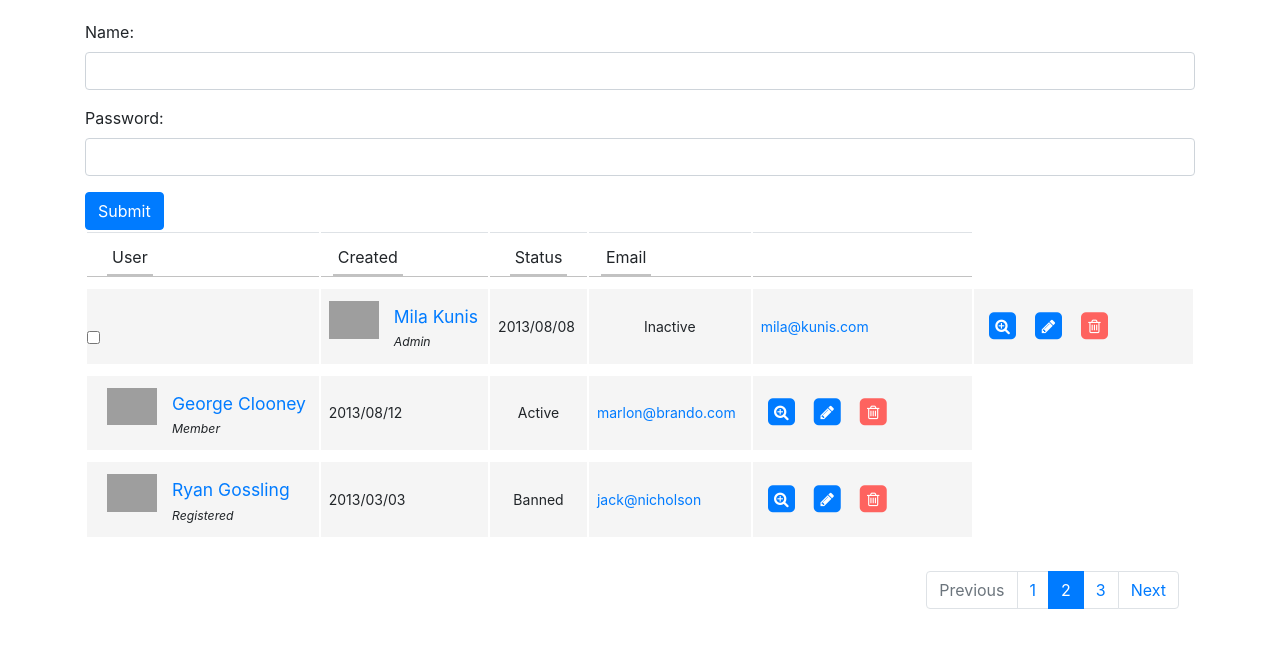
Repository: tienhoang123/Demo
Page: http://localhost/User/WEB-INF/views/home.jsp
The author's editor kept a copy of each file at every save. The page is drawn from the files as they stood at one save, then again after the next save.
The browser window is 1280 px wide. The pictures show the whole page.
Pictures or frames that could not be fetched are drawn as grey boxes. Some web libraries are served in a nearby version. The page is served by Tomcat 9. Nobody is signed in. The template is opened directly, without the code that normally fills it, so the values that code supplies are empty.

Above is the page before, as saved 2019-10-14 06:44:24.
Console error: TypeError: Cannot read properties of undefined (reading 'fn')

After the next save:
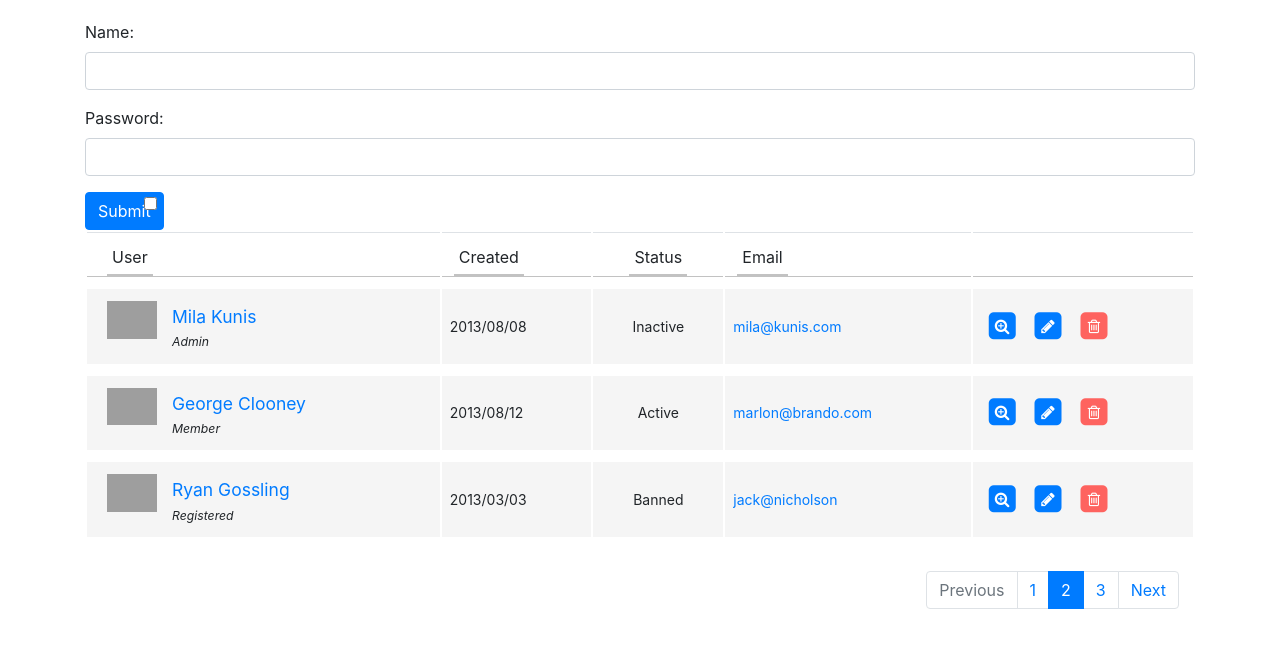
Saved 34 s later.
--- a/DemoCrud/User/src/main/webapp/WEB-INF/views/home.jsp
+++ b/DemoCrud/User/src/main/webapp/WEB-INF/views/home.jsp
@@ -45,9 +45,9 @@
 							</thead>
 							<tbody>
 								<tr>
-								<td>
+								  <labelclass="form-check-label">
    										 <input type="checkbox" class="form-check-input" value="">
-   										 </td>
+
 									<td><img
 										src="https://bootdey.com/img/Content/avatar/avatar1.png"
 										alt=""> <a href="#" class="user-link">Mila Kunis</a> <span

After the save that followed:
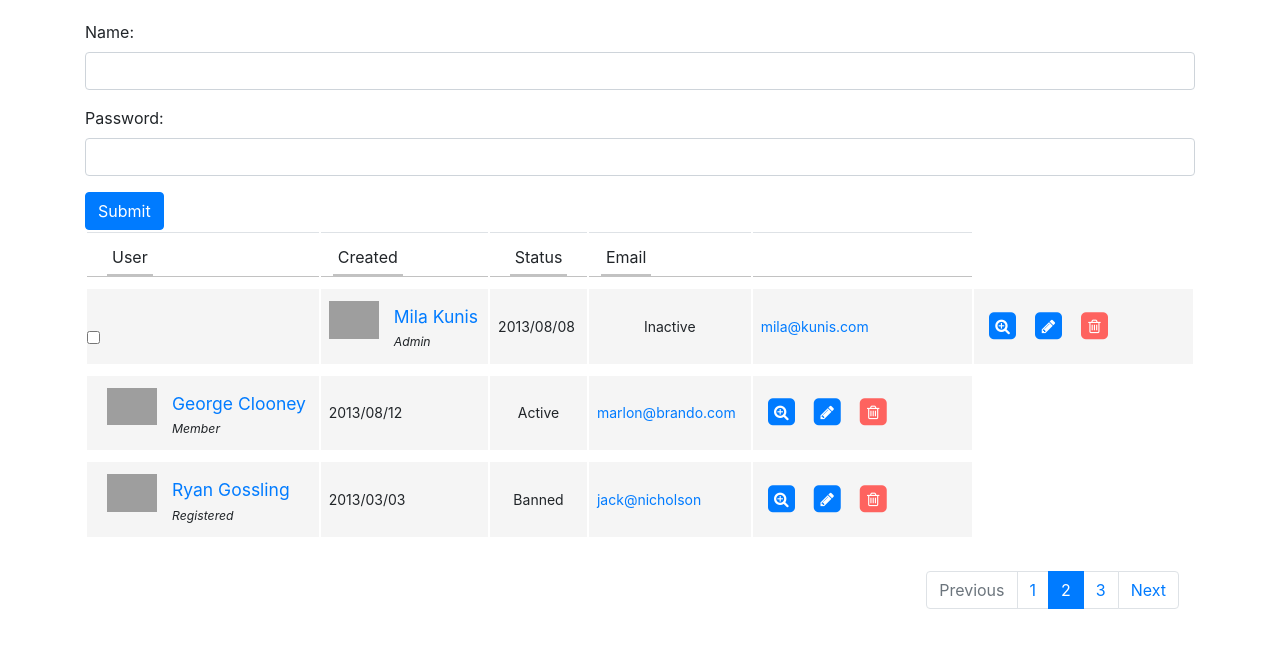
Saved 13 s later.
--- a/DemoCrud/User/src/main/webapp/WEB-INF/views/home.jsp
+++ b/DemoCrud/User/src/main/webapp/WEB-INF/views/home.jsp
@@ -45,9 +45,9 @@
 							</thead>
 							<tbody>
 								<tr>
-								  <labelclass="form-check-label">
+								<td>
    										 <input type="checkbox" class="form-check-input" value="">
-
+   										 </td>
 									<td><img
 										src="https://bootdey.com/img/Content/avatar/avatar1.png"
 										alt=""> <a href="#" class="user-link">Mila Kunis</a> <span
